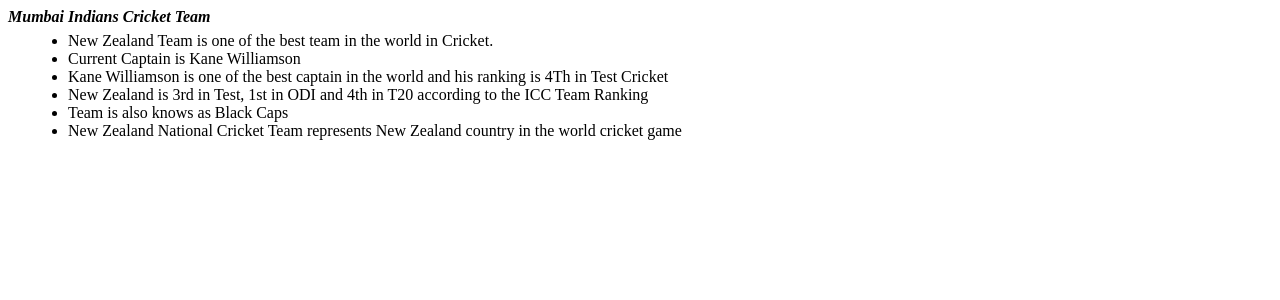
Repository: devanshudave1901/DevanshuDave_Sec002_ICE-05
Page: InfoFiles/mumbaiIndiansTeam.html
The author's editor kept a copy of each file at every save. The page is drawn from the files as they stood at one save, then again after the next save.
The browser window is 1280 px wide. The pictures show the whole page.

Above is the page before, as saved 2022-03-20 21:11:17.

### InfoFiles/mumbaiIndiansTeam.html
<!DOCTYPE html>
<html>
<head>
<meta charset="utf-8">
<title>
</title>
</head>
<body>
<div>
<b><i>Mumbai Indians Cricket Team</i></b><ul style="margin: 6px 0px 6px 20px; text-indent: 0pt;"> <li> New Zealand Team is one of the best team in the world in Cricket.
<li >Current Captain is </b> Kane Williamson</li
><li > Kane Williamson is one of the best captain in the world and his ranking is 4Th in Test Cricket </li>
<li>New Zealand is 3rd in  Test, 1st in ODI and 4th in T20 according to the ICC Team Ranking</li>
<li>Team is also knows as Black Caps</li>
<li >New Zealand National Cricket Team represents New Zealand country in the world cricket game </li>
</div>
</body>
</html>

After the next save:
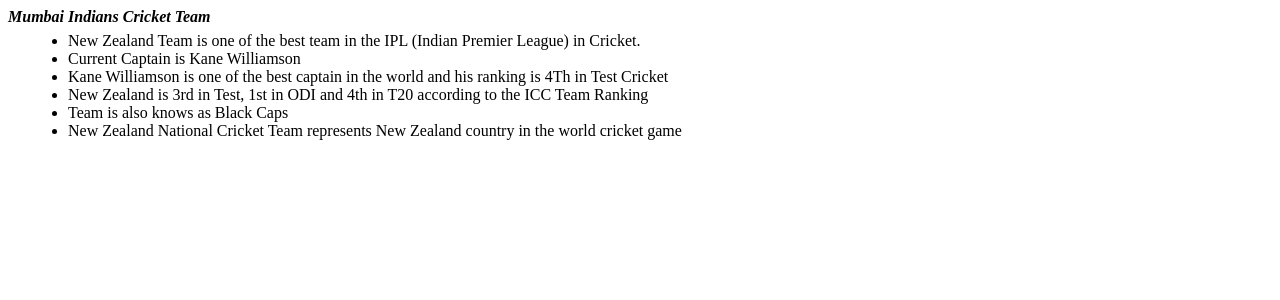
Saved 27 s later.
--- a/InfoFiles/mumbaiIndiansTeam.html
+++ b/InfoFiles/mumbaiIndiansTeam.html
@@ -7,7 +7,7 @@
 </head>
 <body>
 <div>
-<b><i>Mumbai Indians Cricket Team</i></b><ul style="margin: 6px 0px 6px 20px; text-indent: 0pt;"> <li> New Zealand Team is one of the best team in the world in Cricket.
+<b><i>Mumbai Indians Cricket Team</i></b><ul style="margin: 6px 0px 6px 20px; text-indent: 0pt;"> <li> New Zealand Team is one of the best team in the IPL (Indian Premier League) in Cricket.
 <li >Current Captain is </b> Kane Williamson</li
 ><li > Kane Williamson is one of the best captain in the world and his ranking is 4Th in Test Cricket </li>
 <li>New Zealand is 3rd in  Test, 1st in ODI and 4th in T20 according to the ICC Team Ranking</li>
